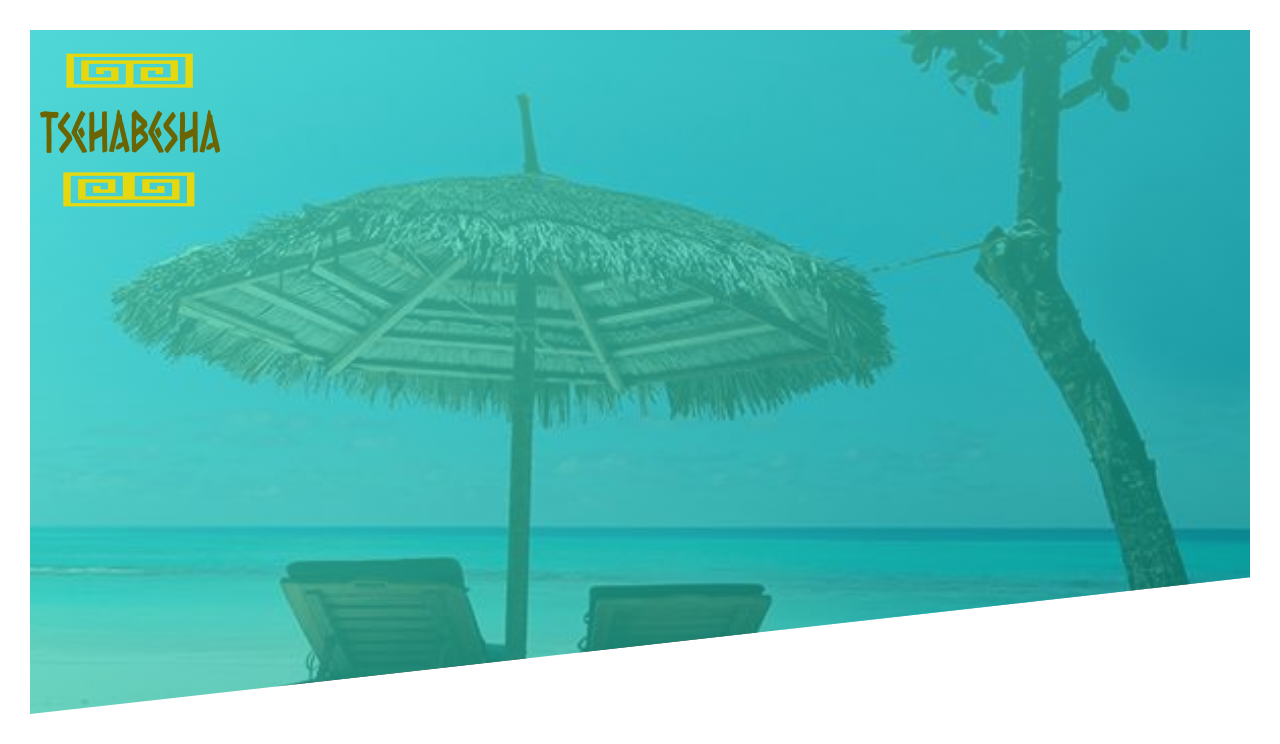
Repository: Azariagmt/tour-and-travel
Page: index.html
The author's editor kept a copy of each file at every save. The page is drawn from the files as they stood at one save, then again after a run of saves.
The browser window is 1280 px wide. The pictures show the whole page.

Above is the page before, as saved 2020-03-24 16:48:41.

After the next 5 saves:
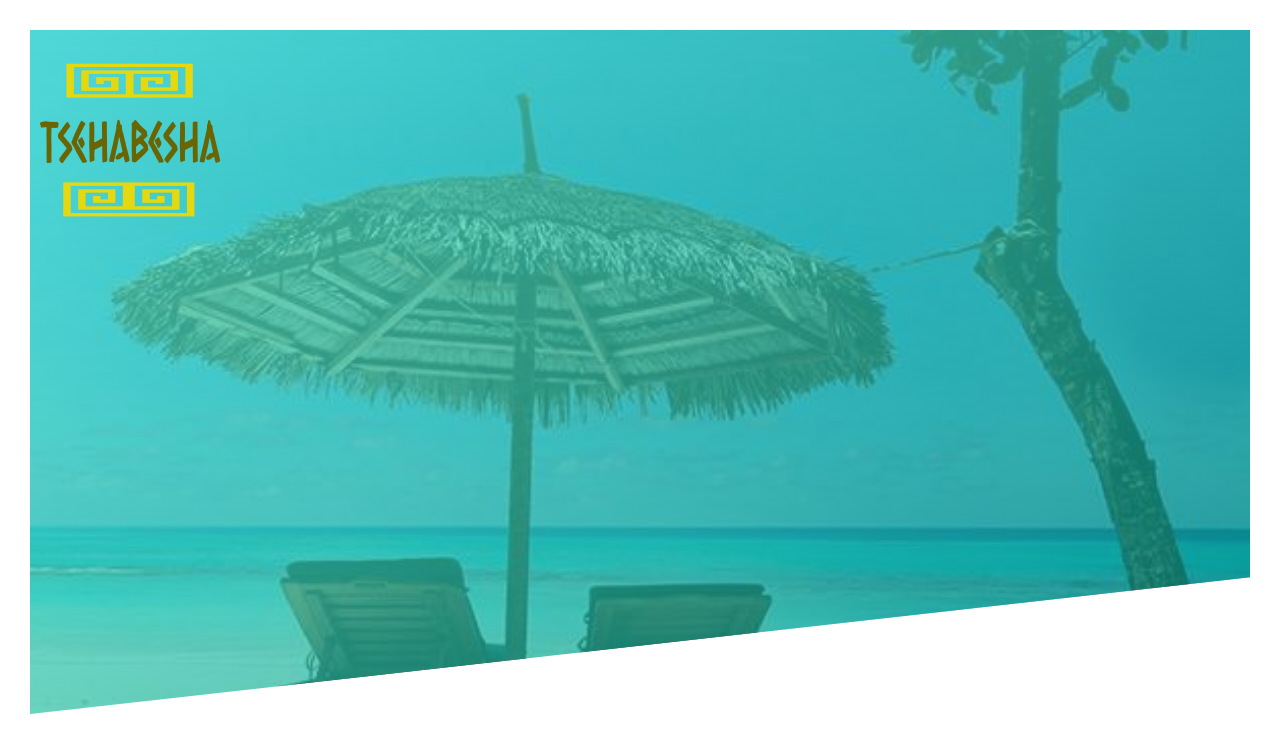
The 5 saves are shown as one change because they came seconds apart.
The last was saved 14 s later.
--- a/css/style.css
+++ b/css/style.css
@@ -24,6 +24,7 @@ body {
 
 .logo-box{
   position:absolute;
+  top:40px;
 }
 
 .logo{
